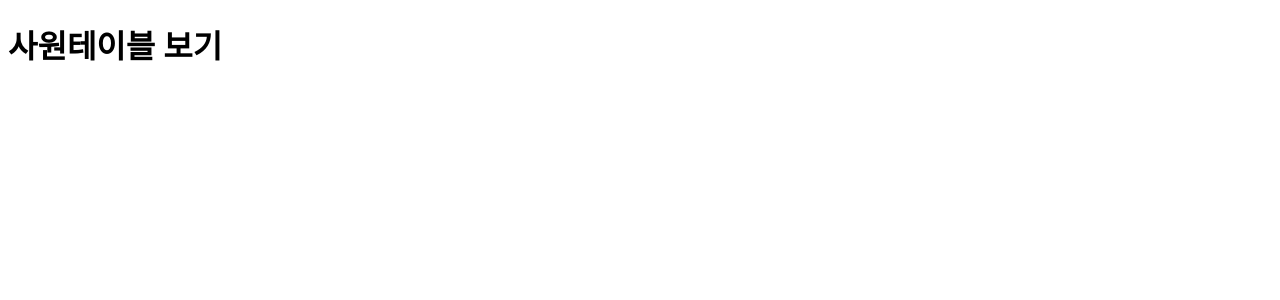
Repository: saysang22/servlet
Page: http://localhost/controllerMVC1/list.jsp
An editor plug-in stored every save of this project. The page is shown before and after the next save, followed by the edit.
The browser window is 1280 px wide. The pictures show the whole page.
The page is served by Tomcat 10.

Above is the page before, as saved 2024-06-04 02:35:42.

After the next save:
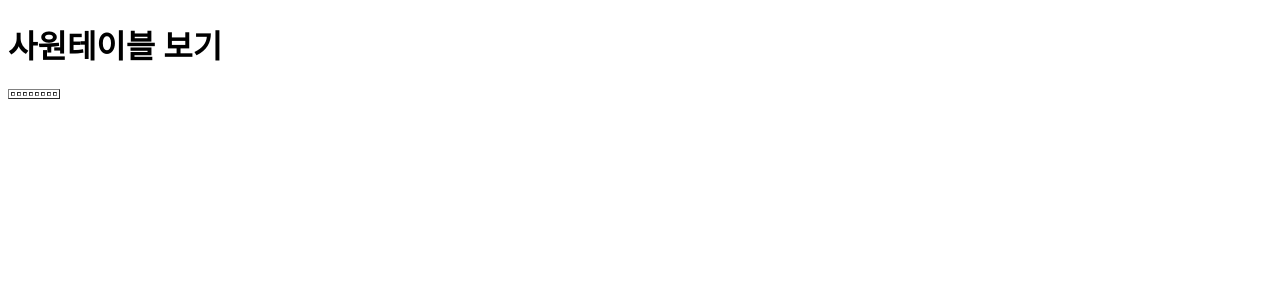
Saved 9 min 26 s later.
--- a/controllerMVC1/src/main/webapp/list.jsp
+++ b/controllerMVC1/src/main/webapp/list.jsp
@@ -10,6 +10,17 @@
 </head>
 <body>
 	<h1>사원테이블 보기</h1>
-
+	<table border="1">
+		<tr>
+			<td></td>
+			<td></td>
+			<td></td>
+			<td></td>
+			<td></td>
+			<td></td>
+			<td></td>
+			<td></td>
+		</tr>
+	</table>
 </body>
 </html>
